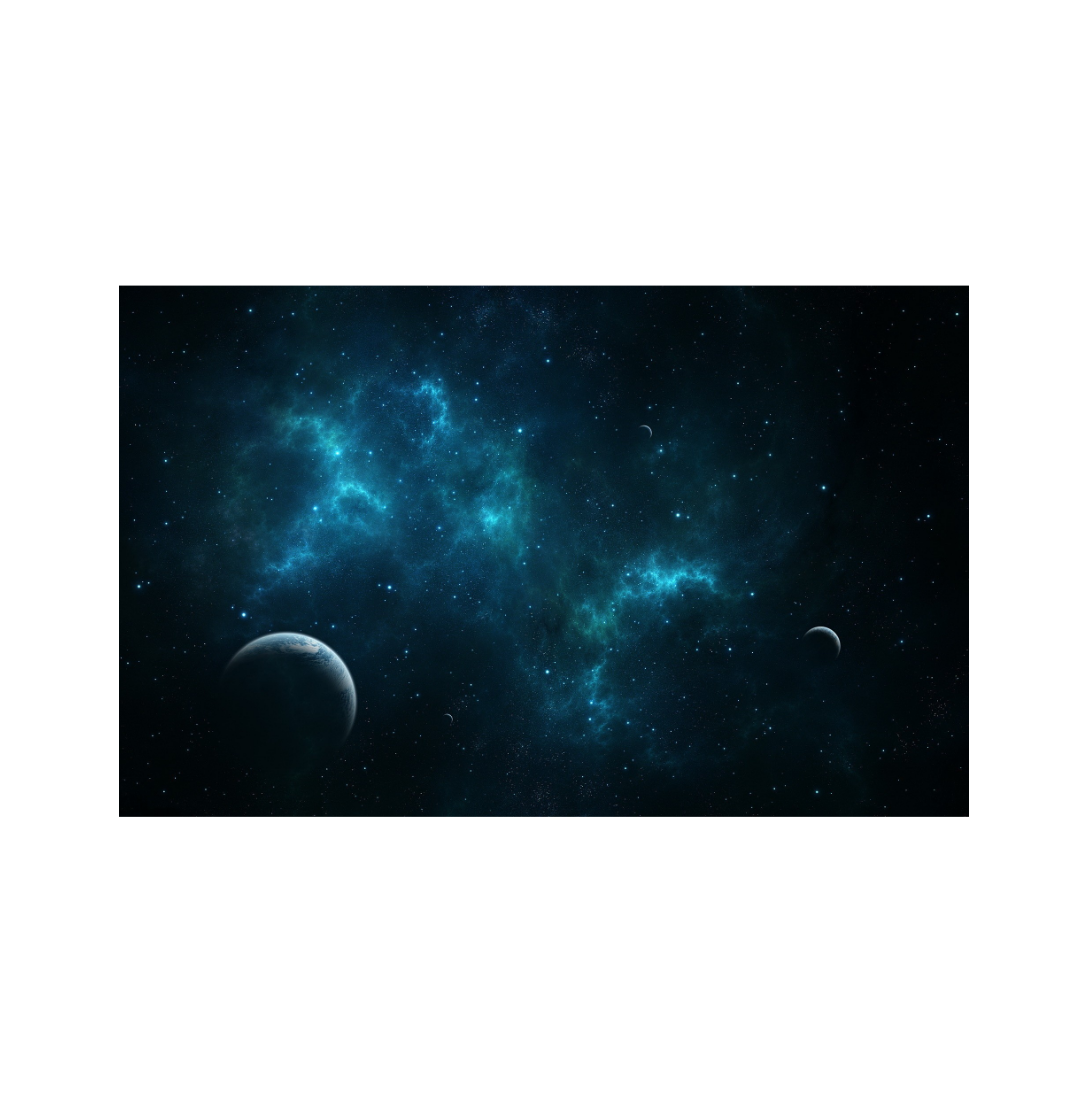
Repository: madd107/demo-form
Page: Assigment_FEE/CaseStudy_2.html
The author's editor kept a copy of each file at every save. The page is drawn from the files as they stood at one save, then again after the next save.
The browser window is 1280 px wide. The pictures show the whole page, at 85% of full size.
Backgrounds fixed to the window are drawn as part of the page.

Above is the page before, as saved 2021-10-01 16:27:25.

### Assigment_FEE/CaseStudy_2.html
<!DOCTYPE html>
<html lang="en">
  <head>
    <meta charset="UTF-8" />
    <meta http-equiv="X-UA-Compatible" content="IE=edge" />
    <meta name="viewport" content="width=device-width, initial-scale=1.0" />
    <title>Document</title>
    <link rel="stylesheet" href="css/CaseStudy_2.css" />
  </head>
  <body>
    <div class="wrapper">
      <div class="topbar">
        <div class="logo"></div>
        <div class="navigation"></div>
      </div>
      <div class="gridform">
        <div class="gridbox"></div>
      </div>
      <div class="box">
        <div class="b"></div>
      </div>
      <div class="footer"></div>
    </div>
  </body>
</html>

### Assigment_FEE/css/CaseStudy_2.css
.wrapper {
  margin: 0 auto;
  width: 100%;
  height: 1280px;
  background-image: url(/Assigment_FEE/image/wallpaper_hd_by_sinhvienit\ 89.jpg);
  background-position: center;
  background-repeat: no-repeat;
  background-attachment: fixed;
  background-size: 1000px;
}

After the next save:
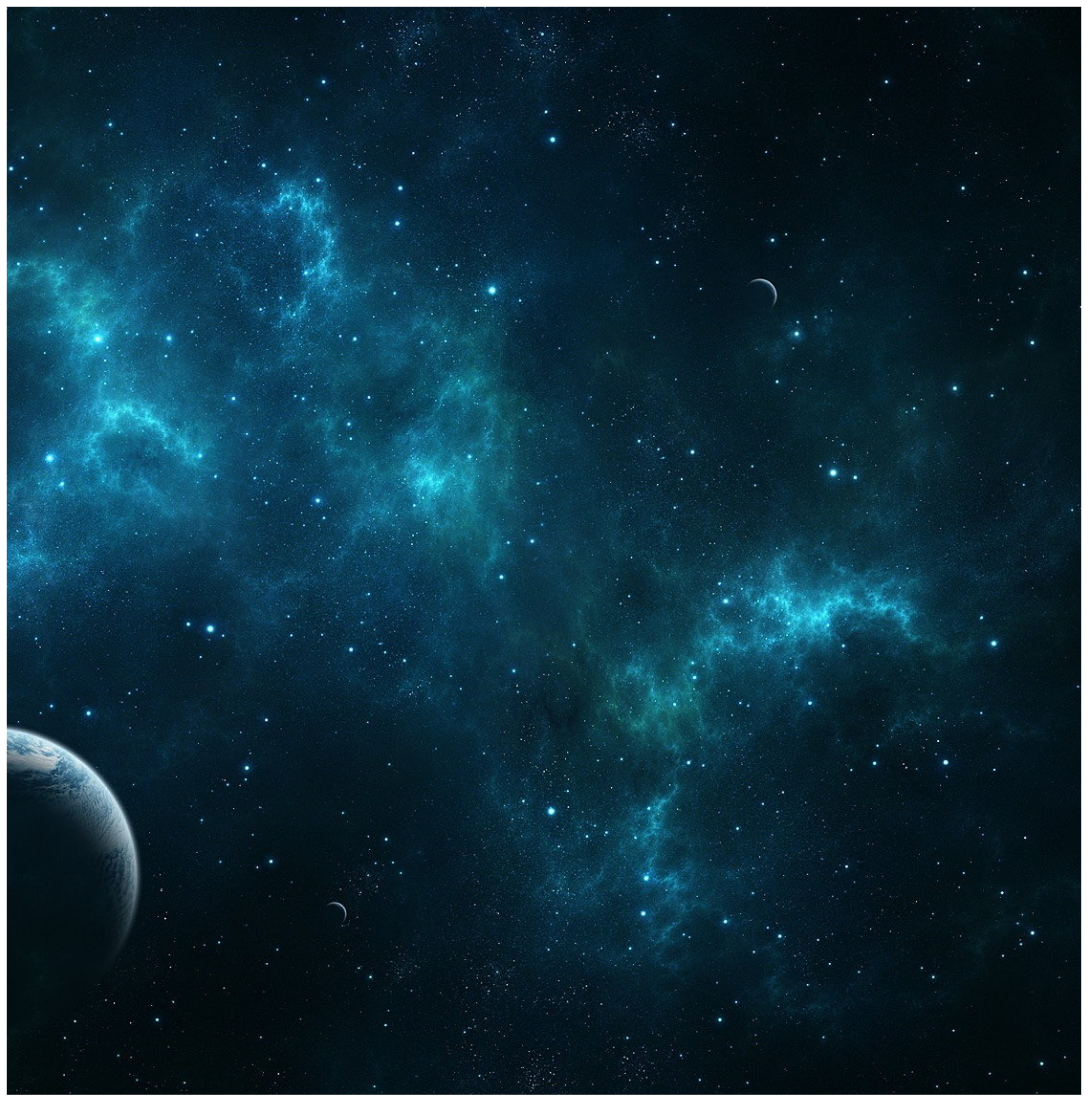
Saved 32 s later.
--- a/Assigment_FEE/css/CaseStudy_2.css
+++ b/Assigment_FEE/css/CaseStudy_2.css
@@ -6,5 +6,5 @@
   background-position: center;
   background-repeat: no-repeat;
   background-attachment: fixed;
-  background-size: 1000px;
+  background-size: 2160px;
 }
